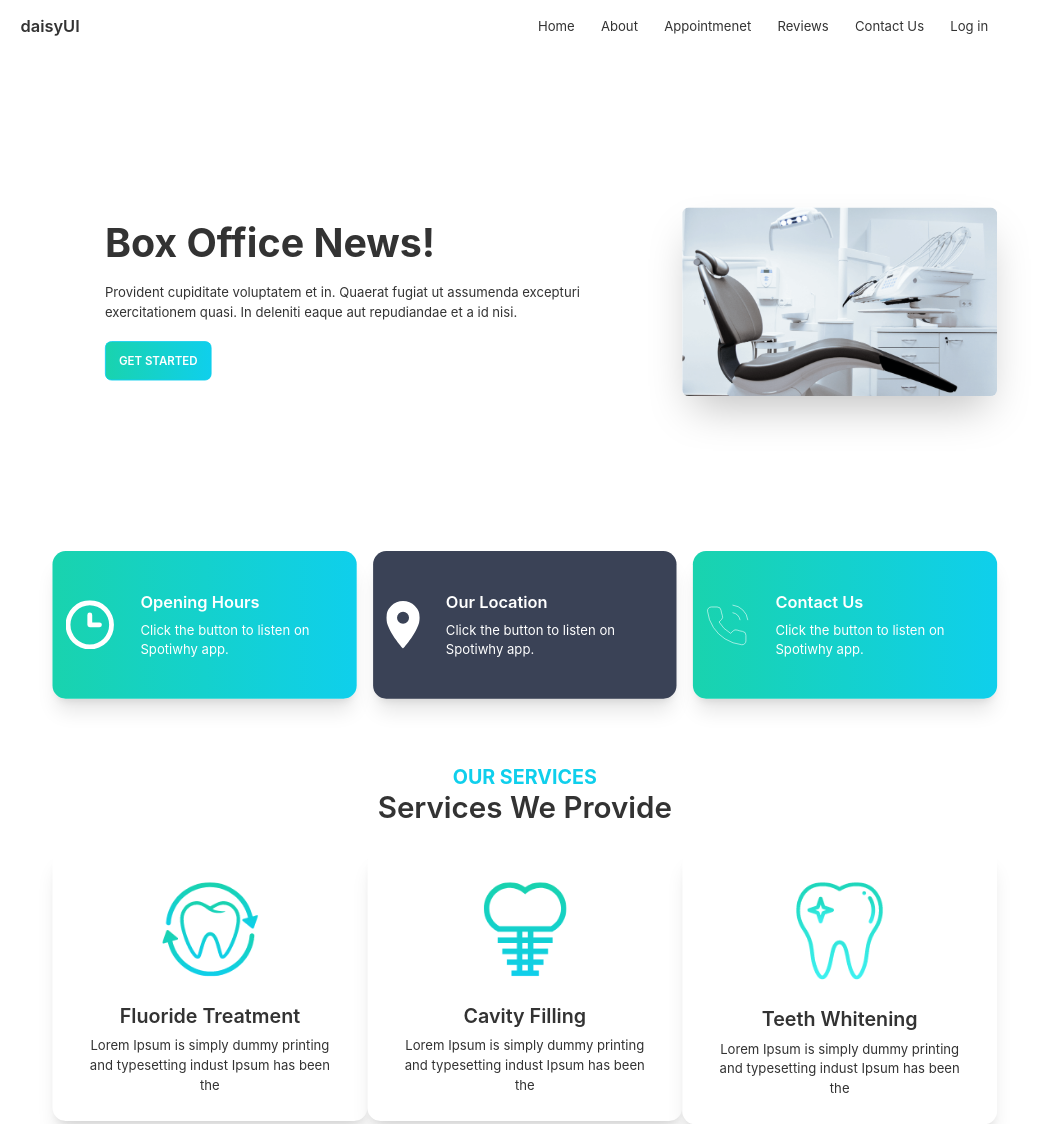
Repository: Tanvir3744/Doctors-client-website
Page: /
The author's editor kept a copy of each file at every save. The page is drawn from the files as they stood at one save, then again after the next save.
The browser window is 1280 px wide. The pictures show the whole page, at 82% of full size.
The project was rebuilt for these pictures with package versions that can differ from the ones it lists, and the page was loaded fresh each time. Also part of the build but not shown: src/Pages/About/About.js, src/Pages/Login/Login.js, src/Pages/NotFound/NotFound.js.

Above is the page before, as saved 2022-05-25 20:20:44.

### src/App.js
import { Routes, Route } from 'react-router-dom'
import About from './Pages/About/About';
import Home from './Pages/Home/Home';
import Login from './Pages/Login/Login';
import NotFound from './Pages/NotFound/NotFound';
import Navbar from './Pages/Shared/Navbar';
function App() {
  return (
    <div className="App">
      <Navbar></Navbar>
      <Routes>
        <Route path='/' element={<Home />}></Route>
        <Route path='/home' element={<Home />}></Route>
        <Route path='/about' element={<About />}></Route>
        <Route path='/login' element={<Login />}></Route>
        <Route path='*' element={<NotFound />}></Route>
      </Routes>
    </div>
  );
}

export default App;

### src/Pages/Home/Home.js
import React from 'react';
import InfoCards from '../../components/InfoCards';
import Banner from './Banner/Banner';
import Services from './Services';

const Home = () => {
    return (
        <div>
            <Banner />
            <InfoCards />
            <Services />
        </div>
    );
};

export default Home;

### src/Pages/Shared/Navbar.js
import React from 'react';
import { Link } from 'react-router-dom';

const Navbar = () => {
    //menu items stored here
    const menuItems = <>
        <li><Link to="/">Home</Link></li>
        <li><Link to="/about">About</Link></li>
        <li><Link to="/appointment">Appointmenet</Link></li>
        <li><Link to="/reviews">Reviews</Link></li>
        <li><Link to="/contact">Contact Us</Link></li>
        <li><Link to="/login">Log in </Link></li>
    </>
    return (
        <div>
            <div class="navbar bg-base-100">
                <div class="navbar-start">
                    <div class="dropdown">
                        <label tabindex="0" class="btn btn-ghost lg:hidden">
                            <svg xmlns="http://www.w3.org/2000/svg" class="h-5 w-5" fill="none" viewBox="0 0 24 24" stroke="currentColor"><path stroke-linecap="round" stroke-linejoin="round" stroke-width="2" d="M4 6h16M4 12h8m-8 6h16" /></svg>
                        </label>
                        <ul tabindex="0" class="menu menu-compact dropdown-content mt-3 p-2 shadow bg-base-100 rounded-box w-52">
                           {menuItems}
                        </ul>
                    </div>
                    <Link to='/' class="btn btn-ghost normal-case text-xl">daisyUI</Link>
                </div>
                <div class="navbar-center hidden lg:flex">
                    <ul class="menu menu-horizontal p-0">
                        {menuItems}
                    </ul>
                </div>
            </div>
        </div>
    );
};

export default Navbar;

### src/components/InfoCards.js
import React from 'react';
import ChildInfoCards from './ChildInfoCards';
import Clock from './../assets/icons/clock.svg'
import Marker from './../assets/icons/marker.svg'
import Phone from './../assets/icons/phone.svg'
const InfoCards = () => {

    return (
        <div className='grid px-16 grid-cols-1 lg:grid-cols-3 gap-5 -mt-28'>
            <ChildInfoCards bgClass='bg-gradient-to-r from-secondary to-primary' cardTitle='Opening Hours' img={Clock} />
            <ChildInfoCards bgClass='bg-warning' cardTitle='Our Location' img={Marker} />
            <ChildInfoCards bgClass='bg-gradient-to-r from-secondary to-primary' cardTitle='Contact Us' img={Phone} />
        </div>
    );
};

export default InfoCards;

### src/Pages/Home/Banner/Banner.js
import React from 'react';
import chair from '../../../assets/images/chair.png'
const Banner = () => {
    return (
        <div className='px-12'>
            <div class="hero min-h-screen conatiner mx-auto">
                <div class="hero-content flex-col lg:flex-row-reverse -mt-28">
                    <img src={chair} class="max-w-sm rounded-lg shadow-2xl " />
                    <div className='px-16'>
                        <h1 class="text-5xl font-bold">Box Office News!</h1>
                        <p class="py-6">Provident cupiditate voluptatem et in. Quaerat fugiat ut assumenda excepturi exercitationem quasi. In deleniti eaque aut repudiandae et a id nisi.</p>
                        <button class="btn btn-primary text-white rounded-lg bg-gradient-to-r from-secondary to-primary">Get Started</button>
                    </div>
                </div>
            </div>
        </div>
    );
};

export default Banner;

### src/Pages/Home/Services.js
import React from 'react';
import Fluoride from '../../assets/images/fluoride.png';
import Cavity from '../../assets/images/cavity.png';
import Whitening from '../../assets/images/whitening.png';
import Service from './Service';
const Services = () => {
    const serviceData = [
        {
            _id: 1,
            img: Fluoride,
            name: 'Fluoride Treatment',
            desc: 'Lorem Ipsum is simply dummy printing and typesetting indust Ipsum has been the',
        },
        {
            _id: 2,
            img: Cavity,
            name: 'Cavity Filling',
            desc: 'Lorem Ipsum is simply dummy printing and typesetting indust Ipsum has been the'
        },
        {
            _id: 3,
            img: Whitening,
            name: 'Teeth Whitening',
            desc: 'Lorem Ipsum is simply dummy printing and typesetting indust Ipsum has been the'
        }

    ]
    return (
        <div>
            <div className=' text-center mt-20'>
                <h3 className='text-primary uppercase font-bold text-2xl'>Our Services</h3>
                <h2 className='text-4xl text-dark capitalize font-semibold'>Services we provide</h2>
            </div>
            <div className="service-cards  grid grid-cols-1 lg:grid-cols-3  mt-8 px-16">
                {
                    serviceData.map(serve => <Service key={serve._id} service = {serve}></Service>)
                }
            </div>
        </div>
    );
};

export default Services;

### src/components/ChildInfoCards.js
import React from 'react';

const ChildInfoCards = (props) => {
    const {img, cardTitle, bgClass} = props;
    return (
        <div className='container'>
            <div className={`card lg:card-side shadow-xl p-4 pl-4  ${bgClass}`}>
                <figure><img src={img} alt="Info cards" /></figure>
                <div class="card-body text-white">
                    <h2 class="card-title">{cardTitle}</h2>
                    <p>Click the button to listen on Spotiwhy app.</p>
                </div>
            </div>
        </div>
    );
};

export default ChildInfoCards;

### src/Pages/Home/Service.js
import React from 'react';

const Service = (props) => {
    const {name, img, desc} = props.service;
    return (
        <div>
            <div className="card w-96 bg-base-100 shadow-xl">
                <figure className="px-10 pt-10">
                    <img src={img} alt="Shoes" className="rounded-xl" />
                </figure>
                <div className="card-body items-center text-center">
                    <h2 className="card-title font-semibold text-2xl">{name}</h2>
                    <p>{desc}</p>
                </div>
            </div>
        </div>
    );
};

export default Service;

### tailwind.config.js
module.exports = {
  content: ["./src/**/*.{html,js}"],
  theme: {
    extend: {},
  },
  daisyui: {
    themes: [
      {

        mytheme: {
          primary: "#0FCFEC",
          secondary: "#19D3AE",
          neutral: "#3d4451",
          warning : "#3A4256",
          accent: "#37cdbe",
          "base-100": "#ffffff",
        },
      },
      "cupcake",
    ],
  },
  plugins: [require("daisyui")],
}

Loaded but not shown: public/index.html (common file); src/index.js (common file); src/index.css (common file); src/reportWebVitals.js (common file)

After the next save:
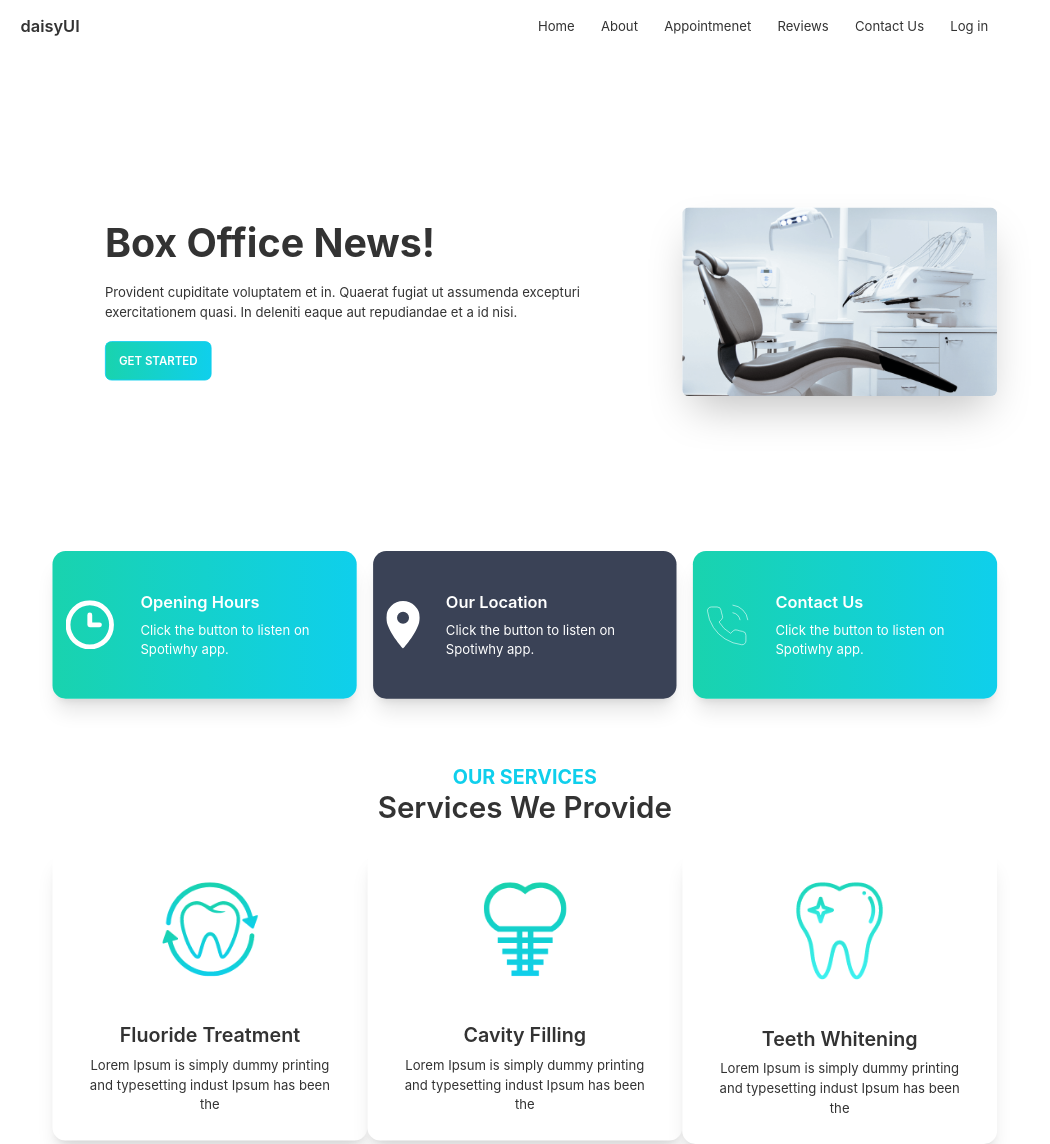
Saved 4 s later.
--- a/src/Pages/Home/Service.js
+++ b/src/Pages/Home/Service.js
@@ -4,7 +4,7 @@
     const {name, img, desc} = props.service;
     return (
         <div>
-            <div className="card w-96 bg-base-100 shadow-xl">
+            <div className="card gap-6  w-96 bg-base-100 shadow-xl">
                 <figure className="px-10 pt-10">
                     <img src={img} alt="Shoes" className="rounded-xl" />
                 </figure>

After the save that followed:
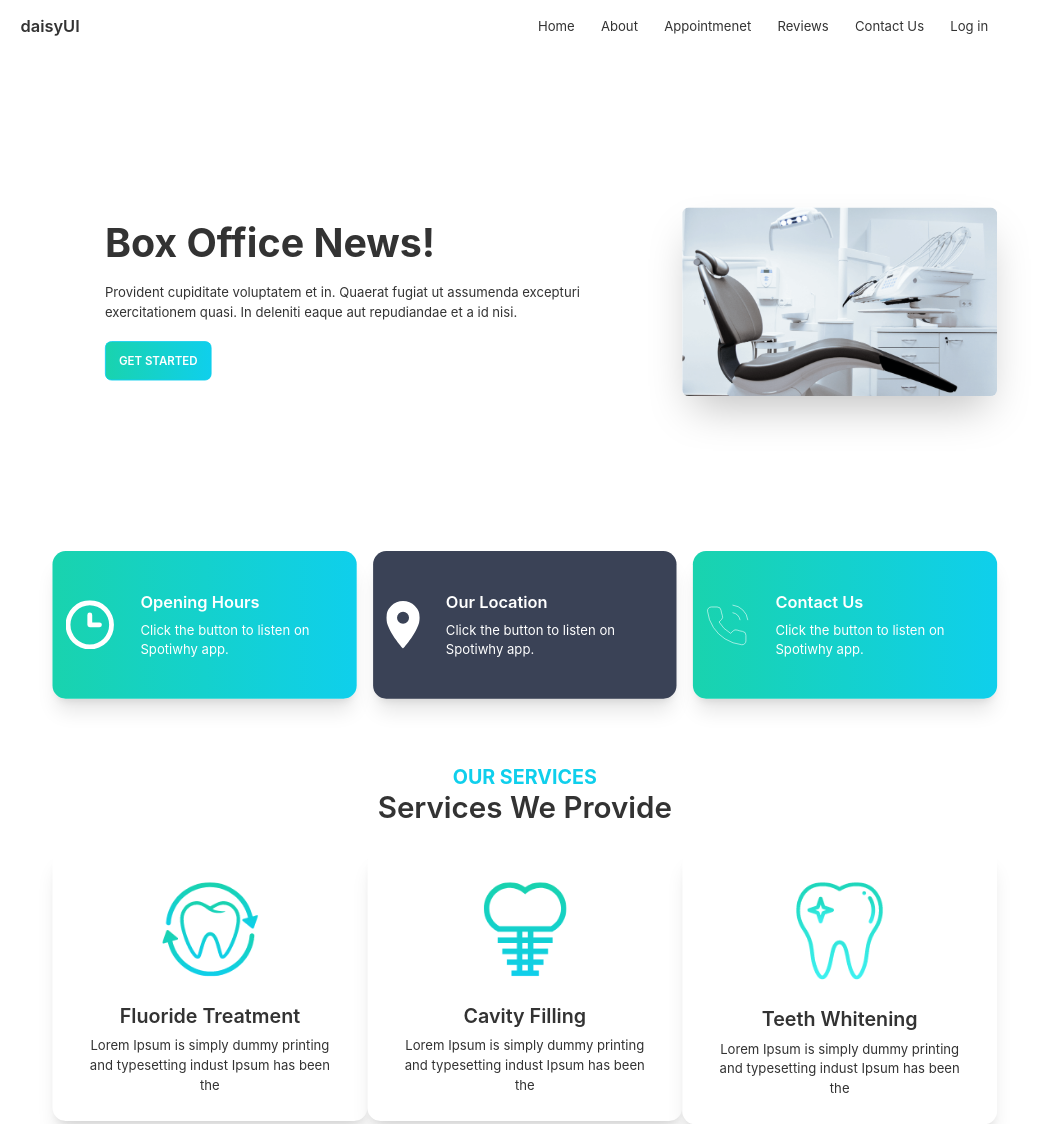
Saved 8 s later.
--- a/src/Pages/Home/Service.js
+++ b/src/Pages/Home/Service.js
@@ -4,7 +4,7 @@
     const {name, img, desc} = props.service;
     return (
         <div>
-            <div className="card gap-6  w-96 bg-base-100 shadow-xl">
+            <div className="card   w-96 bg-base-100 shadow-xl">
                 <figure className="px-10 pt-10">
                     <img src={img} alt="Shoes" className="rounded-xl" />
                 </figure>
